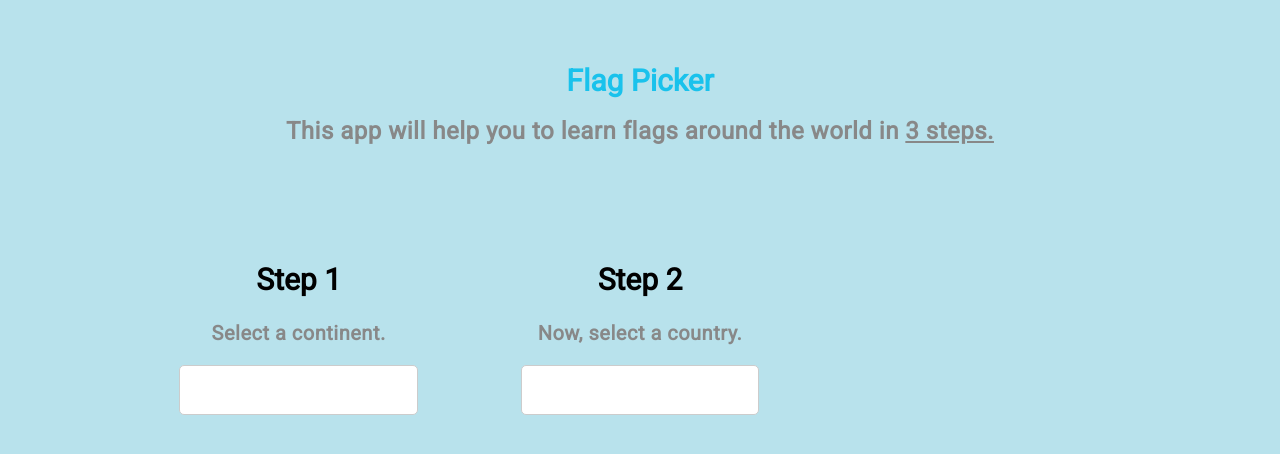
Repository: paras-shah/flag-app
Page: /
These files come from the project's save history. The page is drawn as it stood at one moment and after the next save; the edit follows.
The browser window is 1280 px wide. The pictures show the whole page.
The project was rebuilt for these pictures with package versions that can differ from the ones it lists, and the page was loaded fresh each time.

Above is the page before, as saved 2020-02-11 22:14:00.

### public/index.html
<!DOCTYPE html>
<html lang="en">
  <head>
    <meta charset="utf-8" />
    <link rel="icon" href="%PUBLIC_URL%/favicon.ico" />
    <meta name="viewport" content="width=device-width, initial-scale=1" />
    <meta name="theme-color" content="#000000" />
    <meta
      name="description"
      content="Web site created using create-react-app"
    />
    <link rel="apple-touch-icon" href="%PUBLIC_URL%/logo192.png" />
    <link href="https://fonts.googleapis.com/css?family=Roboto&display=swap" rel="stylesheet">
    <!--
      manifest.json provides metadata used when your web app is installed on a
      user's mobile device or desktop. See https://developers.google.com/web/fundamentals/web-app-manifest/
    -->
    <link rel="manifest" href="%PUBLIC_URL%/manifest.json" />
    <!--
      Notice the use of %PUBLIC_URL% in the tags above.
      It will be replaced with the URL of the `public` folder during the build.
      Only files inside the `public` folder can be referenced from the HTML.

      Unlike "/favicon.ico" or "favicon.ico", "%PUBLIC_URL%/favicon.ico" will
      work correctly both with client-side routing and a non-root public URL.
      Learn how to configure a non-root public URL by running `npm run build`.
    -->
    <title>Flag App</title>
  </head>
  <body>
    <noscript>You need to enable JavaScript to run this app.</noscript>
    <div id="root"></div>
    <!--
      This HTML file is a template.
      If you open it directly in the browser, you will see an empty page.

      You can add webfonts, meta tags, or analytics to this file.
      The build step will place the bundled scripts into the <body> tag.

      To begin the development, run `npm start` or `yarn start`.
      To create a production bundle, use `npm run build` or `yarn build`.
    -->
  </body>
</html>

### src/index.js
import React from 'react';
import ReactDOM from 'react-dom';

import './style/normalize.css';
import './style/index.css';

import App from './App';

ReactDOM.render(<App />, document.getElementById('root'));

### src/style/index.css
body {
	margin: 0;
	font-family: -apple-system, BlinkMacSystemFont, "Segoe UI", "Roboto",
		"Oxygen", "Ubuntu", "Cantarell", "Fira Sans", "Droid Sans",
		"Helvetica Neue", sans-serif;
	-webkit-font-smoothing: antialiased;
	-moz-osx-font-smoothing: grayscale;
	background-color: rgb(184, 226, 236);
}

.app-main {
	margin: 1% auto;
	padding: 10px;
	text-align: center;
	width: 80%;
	font-family: "Roboto";
}

header {
	margin: 4% auto;
}

.main-text {
	font-size: 30px;
}

h1.main-text {
	color: rgb(25, 194, 236);
	font-size: 30px;
}

.sub-text {
	font-size: 24px;
	color: #888;
	letter-spacing: 0.5px;
}

h2 span {
	text-decoration: underline;
}

/* content */
.app-content {
	display: flex;
	flex-direction: row;
	justify-content: flex-start;
}

.app-content .column {
	width: 33.3%;
	padding: 5%;
}

.column-sub-text {
	font-size: 20px;
	color: #888;
	letter-spacing: 0.5px;
}


.column input {
	width: 100%;
	height: 50px;
	border: solid 1px #ccc;
	border-radius: 5px;
	font-size: 20px;
	line-height: 50px;
	padding: 5px;
	box-sizing: border-box;
}

### src/App.js
import React from 'react';

// Components
import Search from "./components/Search";

// Config
import COPY from "./config/copy";
import data from "./config/continents.json";


class App extends React.Component {
  constructor(props) {
    super(props);

    this.state = {
      flagData: null,
      selectedContinent: false,
      selectedCountry: false,
    }
  }

  componentDidMount() {
    this.setState({ flagData: data });
  }


  render() {
    const {selectedContinent} = this.state;

    return (
      <main className="app-main">
        <header className="app-header">
          <h1 className="main-text">{COPY.HEADER_TEXT}</h1>
          <h2 className="sub-text">{COPY.HEADER_SUBTEXT} <span> {COPY.HEADER_SUBTEXT_TWO} </span></h2>
        </header>

        <div className="app-content">
          {/* Continent */}
          <section className="column">
            <h2 className="main-text">{COPY.COLUMN_ONE_HEADING}</h2>
            <h3 className="column-sub-text">{COPY.COLUMN_ONE_SUBTEXT} </h3>

            <Search />
          </section>

          {/* Country */}
          <section className="column">
            <h2 className="main-text">{COPY.COLUMN_TWO_HEADING}</h2>
            <h3 className="column-sub-text">{COPY.COLUMN_TWO_SUBTEXT} </h3>

            <Search />
          </section>

          {/* Flag Column */}
          <section className="column">

          </section>

        </div>
      </main>
    );
  }
}

export default App;

### src/components/Search.js
import React from "react";

class Search extends React.Component {
    constructor(props) {
        super(props);

        this.state = {
            textValue: '',
            allValues: props.possibleValues,
            possibleValuesBasedOnText: props.possibleValues,
            type: props.type,
            selectedValue: props.selectType === "Multi"? []: ''
        }

        this.onTextChange = this.onTextChange.bind(this);
    }

    onTextChange = (event) => {
        this.setState({ value: event.target.value });
    }


    render() {
        return <input type="text" value={this.state.value}
        onChange={this.onTextChange} />
    }
}

export default Search;

### src/config/copy.js
export default {
    HEADER_TEXT : "Flag Picker",
    HEADER_SUBTEXT : "This app will help you to learn flags around the world in",
    HEADER_SUBTEXT_TWO : "3 steps.",

    COLUMN_ONE_HEADING:"Step 1",
    COLUMN_ONE_SUBTEXT:"Select a continent.",

    COLUMN_TWO_HEADING:"Step 2",
    COLUMN_TWO_SUBTEXT:"Now, select a country.",

    COLUMN_THREE_HEADING:"Step 3",
    COLUMN_THREE_SUBTEXT:"Flags.",

    SELECTED:"You selected",



};

### src/config/continents.json
[
	{
		"continent": "Africa",
		"countries": [
			{
				"name": "Nigeria",
				"flag": "🇳🇬"
			},
			{
				"name": "Ethiopia",
				"flag": "🇪🇹"
			},
			{
				"name": "Egypt",
				"flag": "🇪🇬"
			},
			{
				"name": "DR Congo",
				"flag": "🇨🇩"
			},
			{
				"name": "South Africa",
				"flag": "🇿🇦"
			}
		]
	},
	{
		"continent": "America",
		"countries": [
			{
				"name": "USA",
				"flag": "🇺🇸"
			},
			{
				"name": "Brazil",
				"flag": "🇧🇷"
			},
			{
				"name": "Mexico",
				"flag": "🇲🇽"
			},
			{
				"name": "Colombia",
				"flag": "🇨🇴"
			},
			{
				"name": "Argentina",
				"flag": "🇦🇷"
			}
		]
	},
	{
		"continent": "Asia",
		"countries": [
			{
				"name": "China",
				"flag": "🇨🇳"
			},
			{
				"name": "India",
				"flag": "🇮🇳"
			},
			{
				"name": "Indonesia",
				"flag": "🇮🇩"
			},
			{
				"name": "Pakistan",
				"flag": "🇵🇰"
			},
			{
				"name": "Bangladesh",
				"flag": "🇧🇩"
			}
		]
	},
	{
		"continent": "Europe",
		"countries": [
			{
				"name": "Russia",
				"flag": "🇷🇺"
			},
			{
				"name": "Germany",
				"flag": "🇩🇪"
			},
			{
				"name": "UK",
				"flag": "🇬🇧"
			},
			{
				"name": "France",
				"flag": "🇫🇷"
			},
			{
				"name": "Italy",
				"flag": "🇮🇹"
			}
		]
	},
	{
		"continent": "Oceania",
		"countries": [
			{
				"name": "Australia",
				"flag": "🇦🇺"
			},
			{
				"name": "Papua New Guinea",
				"flag": "🇵🇬"
			},
			{
				"name": "New Zealand",
				"flag": "🇳🇿"
			},
			{
				"name": "Fiji",
				"flag": "🇫🇯"
			},
			{
				"name": "Solomon Islands",
				"flag": "🇸🇧"
			}
		]
	}
]

Loaded but not shown: src/style/normalize.css (library)

After the next save:
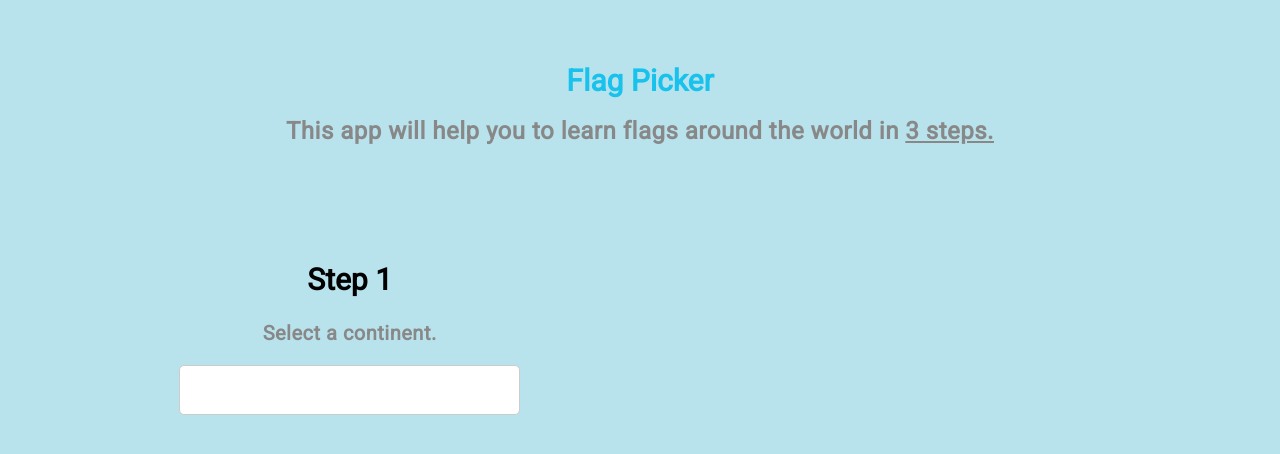
Saved 10 s later.
--- a/src/App.js
+++ b/src/App.js
@@ -44,12 +44,12 @@ class App extends React.Component {
           </section>
 
           {/* Country */}
-          <section className="column">
+          {selectedContinent && <section className="column">
             <h2 className="main-text">{COPY.COLUMN_TWO_HEADING}</h2>
             <h3 className="column-sub-text">{COPY.COLUMN_TWO_SUBTEXT} </h3>
 
             <Search />
-          </section>
+          </section>}
 
           {/* Flag Column */}
           <section className="column">
